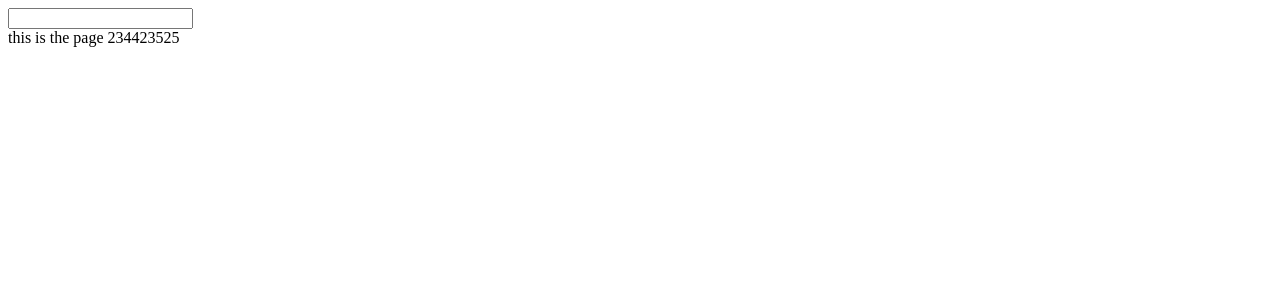
Repository: jasontianxie/huatian-mock-react-demo
Page: /
These files come from the project's save history. The page is drawn as it stood at one moment and after the next save; the edit follows.
The browser window is 1280 px wide. The pictures show the whole page.
The project was rebuilt for these pictures with package versions that can differ from the ones it lists, and the page was loaded fresh each time. Also part of the build but not shown: webpack.config.js.

Above is the page before, as saved 2017-04-20 16:30:15.

### app.jsx
import React from 'react';//import是es6的语法，webpack怎么能认识呢，原因就在babel-loader，它可以把import解析成require。同理，css-loader也会把@import和URL（）解析成require：https://github.com/webpack-contrib/css-loader
import ReactDOM from 'react-dom';
import {Main} from './pages/main/main.jsx';

// require ('normalize-scss/sass/_normalize.scss');
require ('./app.scss');



ReactDOM.render(
  <Main/>,document.getElementById('app')
);

// if (module.hot) {
//   module.hot.accept('./build', () => {
//     render(App)
//   });
// }

### pages/main/main.jsx
import React,{Component} from 'react';
import {ShoppingCart} from '../shoppingCart/index.jsx';
const prefixName = 'main';

class Main extends Component{
  render(){
    return(
      <div>
      <ShoppingCart/>
      <div className={`${prefixName}-aaa`}>this is the page 234423525</div>
      </div>
    );
  }
}
if(module.hot){
  module.hot.accept()
}
export {Main};

### app.scss
@import './assets/css/normalize';
@import './assets/css/mixins';
@import './assets/css/function';
@import './pages/main/main';
@import './pages/ShoppingCart/index';

### pages/shoppingCart/index.jsx
import React,{Component} from 'react';
const prefixName='shoppingCart';
class ShoppingCart extends Component{
  constructor(props) {
    super(props);
    this.state = { data: [] };
  }
  render(){
    return(
      <div className={`${prefixName}-sss`}><input type="text"/></div>
    );
  }
}
if(module.hot){
  module.hot.accept()
}
export {ShoppingCart};

### assets/css/mixins.scss
.aaa{
  display: flex;
}

### assets/css/function.scss
.sss{
  color: greenyellow;
}

### pages/main/main.scss
.main-aaa{
  color: black;
}

### pages/shoppingCart/index.scss
.shoppingCart-sss {
  color: red;
}

Loaded but not shown: assets/css/normalize.css (library)

After the next save:
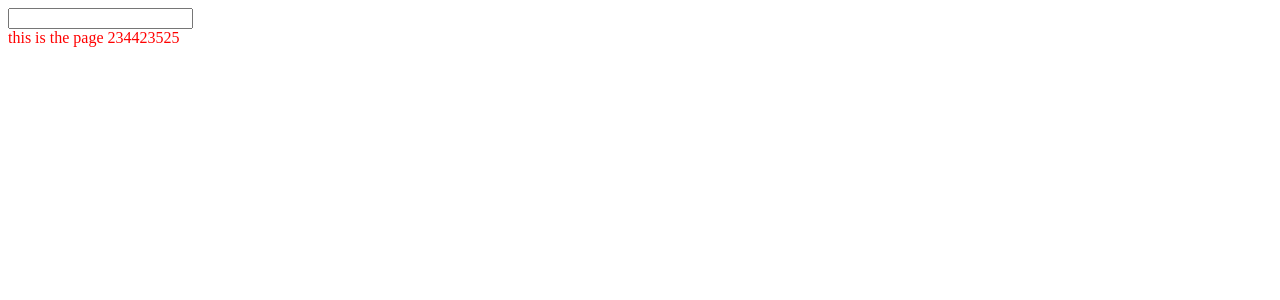
Saved 28 min 0 s later.
--- a/pages/main/main.scss
+++ b/pages/main/main.scss
@@ -1,3 +1,3 @@
 .main-aaa{
-  color: black;
+  color: red;
 }
